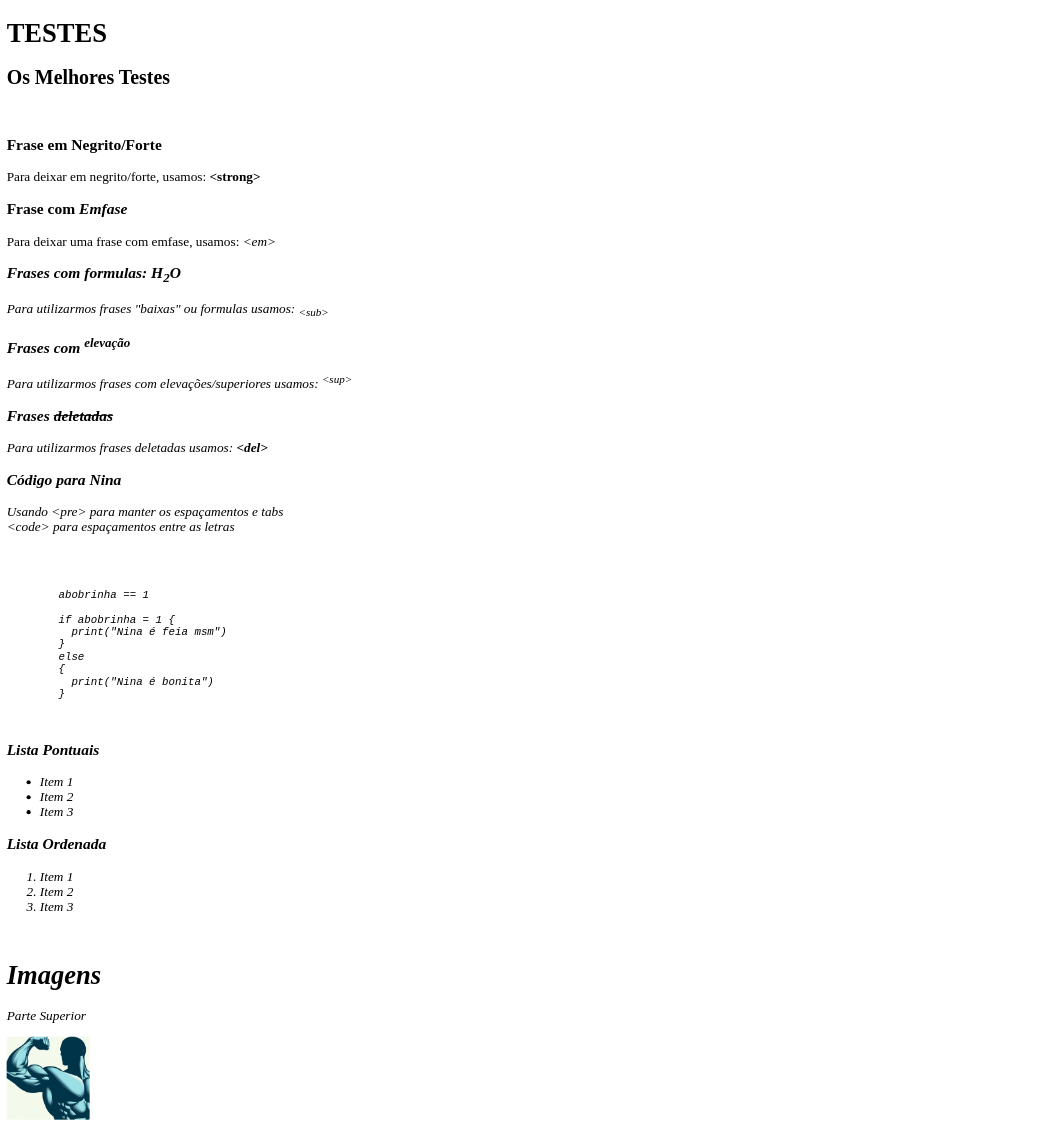
Repository: LuidyOn/Site_Forca_Total
Page: ForçaTotal/teste.html
The author's editor kept a copy of each file at every save. The page is drawn from the files as they stood at one save, then again after a run of saves.
The browser window is 1280 px wide. The pictures show the whole page, at 83% of full size.

Above is the page before, as saved 2025-05-15 13:56:40.

### ForçaTotal/teste.html
<!DOCTYPE html>
<html lang="pt-br">
<head>
  <meta charset="UTF-8">
  <meta name="viewport" content="width=device-width, initial-scale=1.0">
  <link rel="shortcut icon" href="img/icons/logo.ico" type="image/x-icon">
  <title>Testes Força total</title>
</head>
<body>
<h1>TESTES</h1>
  <h2>Os Melhores Testes</h2>

  <p><br></p>

    <h3>Frase em <strong>Negrito/Forte</strong></h3>
    <p>Para deixar em negrito/forte, usamos: <strong>&lt;strong&gt;</strong> </p>

    <h3>Frase com <em>Emfase</em> </h3>
    <p>Para deixar uma frase com emfase, usamos: <em>&lt;em&gt;<em> </p>

    <h3>Frases com formulas: H<sub>2</sub>O </h3>
    <p>Para utilizarmos frases "baixas" ou formulas usamos: <sub>&lt;sub&gt;</sub></p>

    <h3>Frases com <sup>elevação</sup></h3>
    <p>Para utilizarmos frases com elevações/superiores usamos: <sup>&lt;sup&gt;</sup></p>

    <h3>Frases <del>deletadas</del></h3>
    <p>Para utilizarmos frases deletadas usamos: <strong>&lt;del&gt;</strong></p>


    <h3>Código para Nina</h3>
    <p>Usando &lt;pre&gt; para manter os espaçamentos e tabs <br> &lt;code&gt; para espaçamentos entre as letras</p>

  <p><br></p>

    <pre>
      <code>
        abobrinha == 1

        if abobrinha = 1 {
          print("Nina é feia msm")
        }
        else
        {
          print("Nina é bonita")
        }
      </code>
    </pre>

    <h3>Lista Pontuais</h3>
    <ul>
      <li>Item 1</li>
      <li>Item 2</li>
      <li>Item 3</li>
    </ul>

    <h3>Lista Ordenada</h3>
    <ol>
      <li>Item 1</li>
      <li>Item 2</li>
      <li>Item 3</li>
    </ol>

<p><br></p>

<h1>Imagens</h1>
  <p>Parte Superior</p>
<img src="img/parteSerior.png" alt="parte superior" style= "width: 100px; height: 100px;">
</body>
</html>

After the next 2 saves:
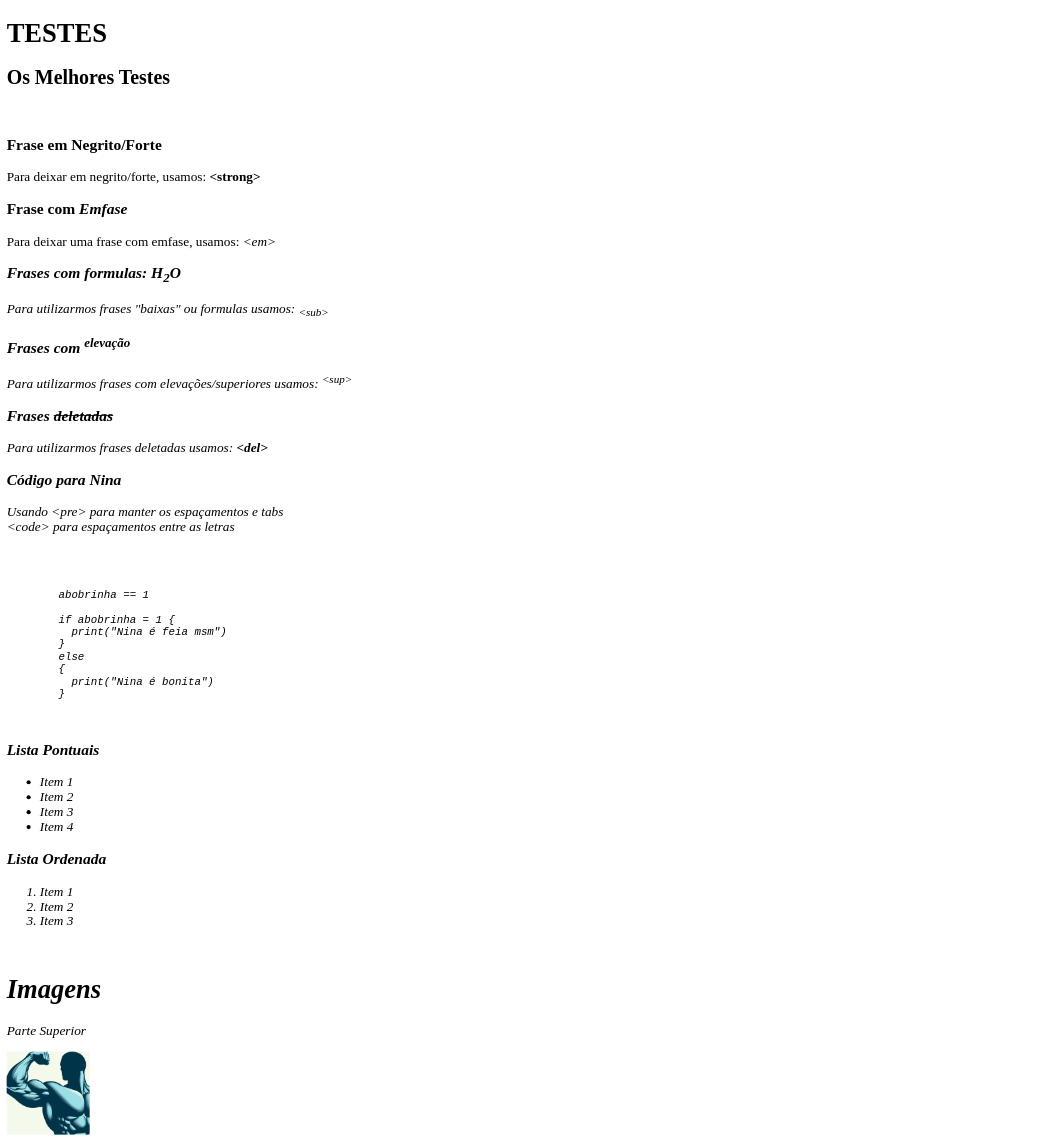
The 2 saves are shown as one change because they came seconds apart.
The last was saved 16 s later.
--- a/ForçaTotal/teste.html
+++ b/ForçaTotal/teste.html
@@ -52,6 +52,7 @@
       <li>Item 1</li>
       <li>Item 2</li>
       <li>Item 3</li>
+      <li>Item 4</li>
     </ul>
 
     <h3>Lista Ordenada</h3>
